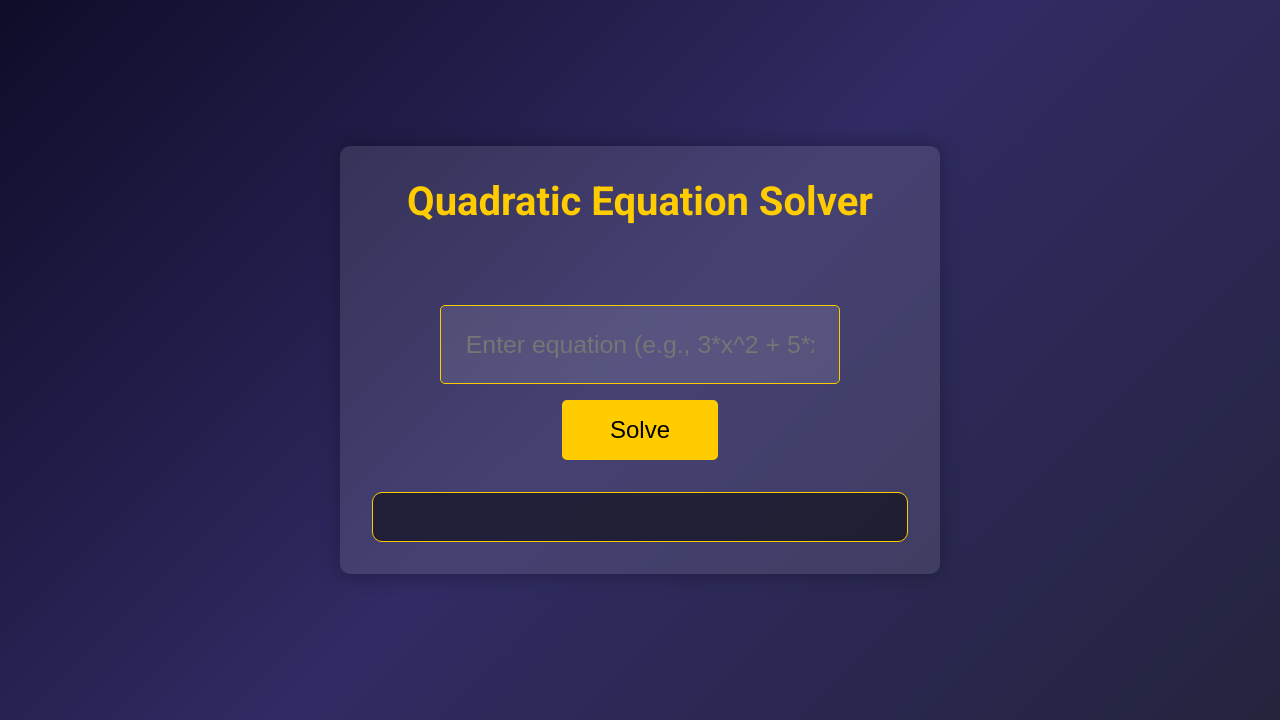
Repository: ngl-ankit/equation-solver
Page: index.html
An editor plug-in stored every save of this project. The page is shown before and after the next save, followed by the edit.
The browser window is 1280 px wide. The pictures show the whole page.

Above is the page before, as saved 2024-07-08 11:19:01.

After the next save:
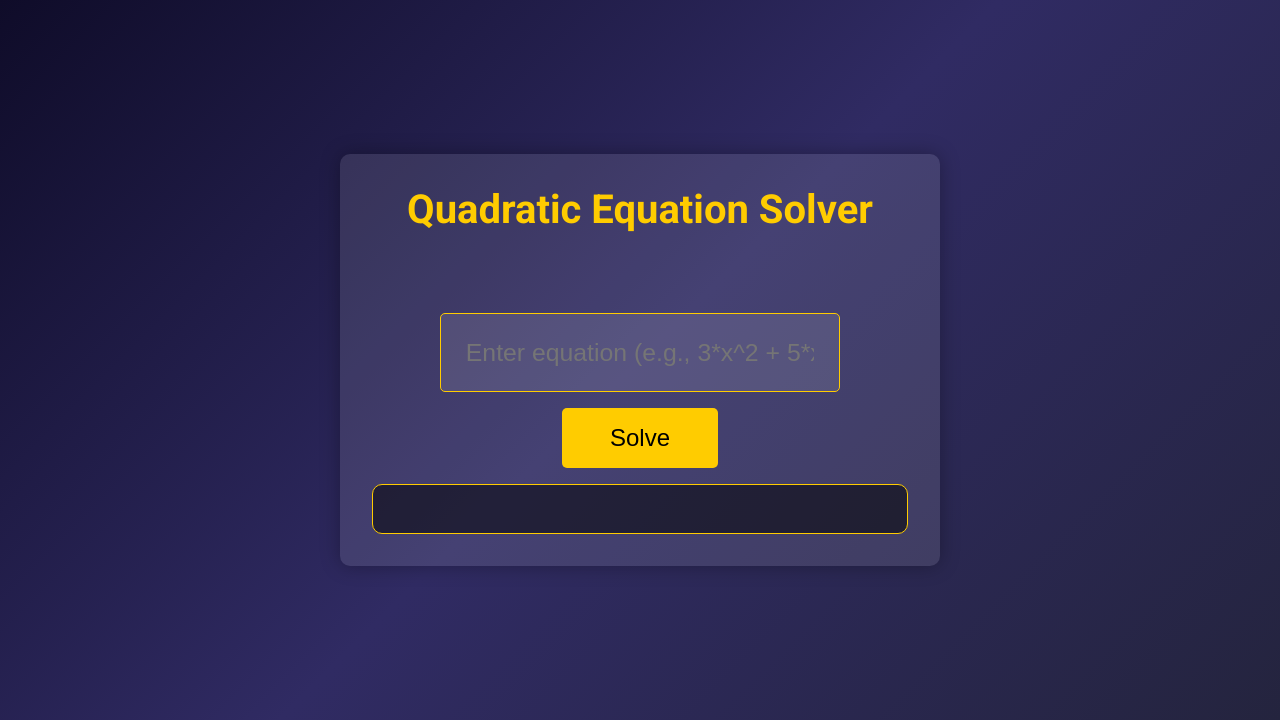
Saved 7 s later.
--- a/styles.css
+++ b/styles.css
@@ -33,7 +33,7 @@ h1 {
 }
 
 .form-container {
-  margin-bottom: 2rem;
+  margin-bottom: 1rem;
 }
 
 form {
